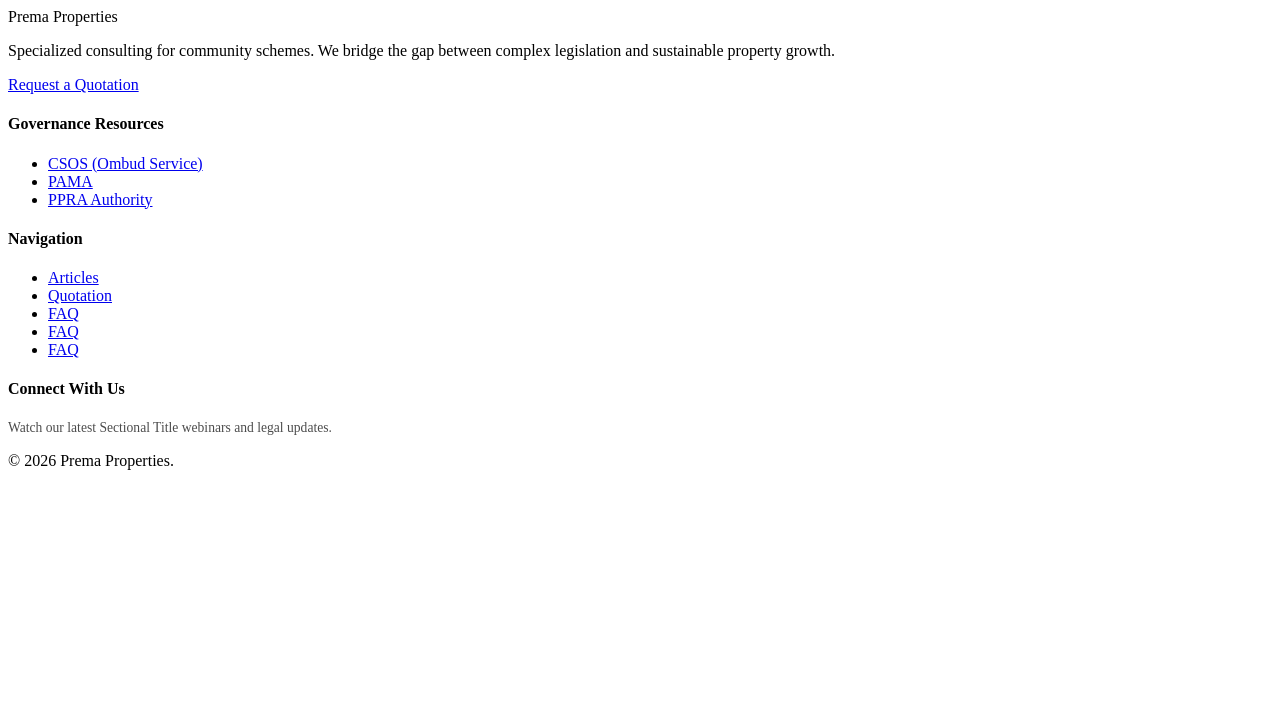
Repository: mnqobiMenzi/Prema-Properties
Page: footer.html
An editor plug-in stored every save of this project. The page is shown before and after the next save, followed by the edit.
The browser window is 1280 px wide. The pictures show the whole page.

Above is the page before, as saved 2026-02-10 12:20:17.

### footer.html
<!DOCTYPE html>
<html lang="en">
<head>
    <meta charset="UTF-8">
    <meta name="viewport" content="width=device-width, initial-scale=1.0">
    <title>Document</title>
</head>
<body>
    <footer class="main-footer">
  <div class="container footer-grid">
    <div class="footer-column brand-info">
      <div class="logo">Prema Properties</div>
      <p>Specialized consulting for community schemes. We bridge the gap between complex legislation and sustainable property growth.</p>
      <a href="quote.html" class="footer-cta-btn">Request a Quotation</a>
    </div>

    <div class="footer-column">
      <h4>Governance Resources</h4>
      <ul>
        <li><a href="https://www.csos.org.za/" target="_blank">CSOS (Ombud Service)</a></li>
        <li><a href="https://www.pama.org.za/" target="_blank">PAMA</a></li>
        <li><a href="https://www.eaab.org.za/" target="_blank">PPRA Authority</a></li>
      </ul>
    </div>

    <div class="footer-column">
      <h4>Navigation</h4>
      <ul>
        <li><a href="articles.html">Articles</a></li>
        <li><a href="quote.html">Quotation</a></li>
        <li><a href="FAQ.html">FAQ</a></li>
        <li><a href="about-us.html">FAQ</a></li>
        <li><a href="contact-us.html">FAQ</a></li>
      </ul>
    </div>
    <div class="footer-column">
  <h4>Connect With Us</h4>
  <p style="font-size: 0.85rem; margin-bottom: 15px; opacity: 0.7;">
    Watch our latest Sectional Title webinars and legal updates.
  </p>
  <div class="social-icons">
    <a href="#" target="_blank" title="Facebook"><i class="bi bi-facebook"></i></a>
    <a href="#" target="_blank" title="LinkedIn"><i class="bi bi-linkedin"></i></a>
    <a href="#" target="_blank" title="YouTube"><i class="bi bi-youtube"></i></a>
    <a href="#" target="_blank" title="X (Twitter)"><i class="bi bi-twitter-x"></i></a>
    <a href="#" target="_blank" title="WhatsApp"><i class="bi bi-whatsapp"></i></a>
  </div>
</div>
  </div>
  <div class="footer-bottom">
    <div class="container"><p>&copy; 2026 Prema Properties.</p></div>
  </div>
</footer>
</body>
</html>

After the next save:
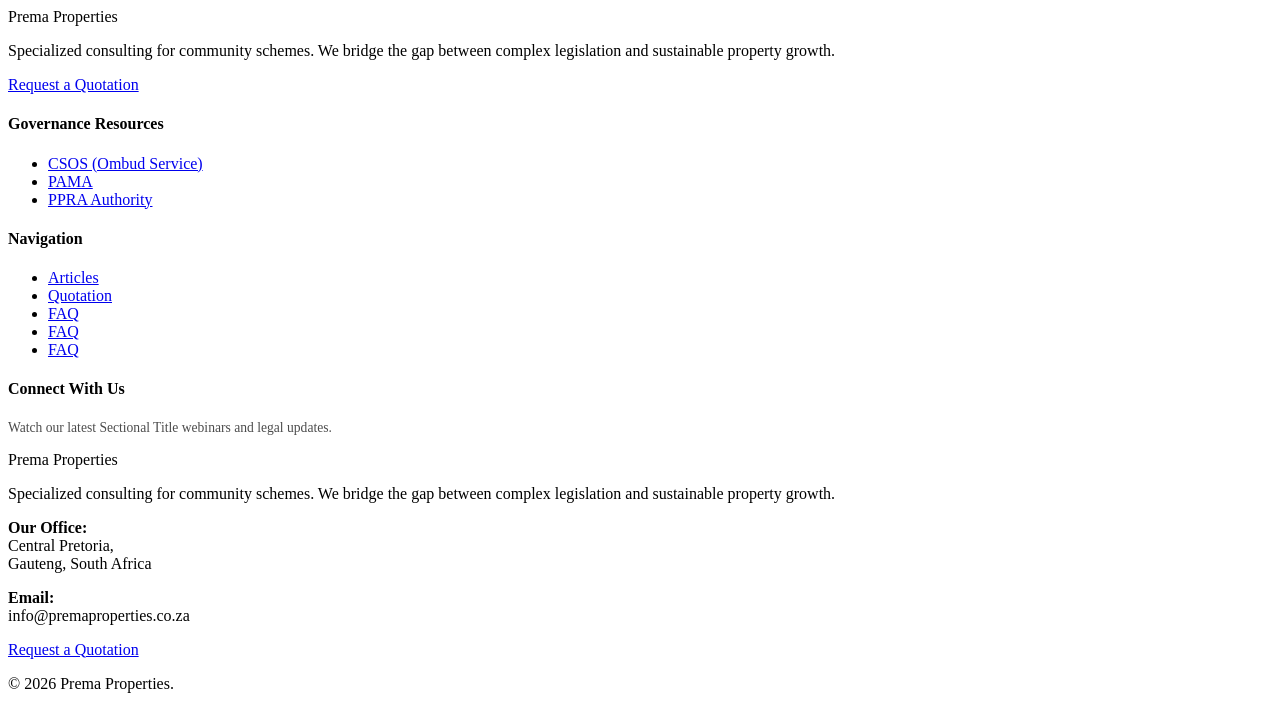
Saved 53 s later.
--- a/footer.html
+++ b/footer.html
@@ -47,6 +47,21 @@
   </div>
 </div>
   </div>
+  <div class="footer-column brand-info">
+  <div class="logo">Prema Properties</div>
+  <p>Specialized consulting for community schemes. We bridge the gap between complex legislation and sustainable property growth.</p>
+
+  <div class="footer-address">
+    <p><i class="bi bi-geo-alt-fill"></i> <strong>Our Office:</strong><br>
+    Central Pretoria,<br>
+    Gauteng, South Africa</p>
+
+    <p><i class="bi bi-envelope-fill"></i> <strong>Email:</strong><br>
+    info@premaproperties.co.za</p>
+  </div>
+
+  <a href="quote.html" class="footer-cta-btn">Request a Quotation</a>
+</div>
   <div class="footer-bottom">
     <div class="container"><p>&copy; 2026 Prema Properties.</p></div>
   </div>
